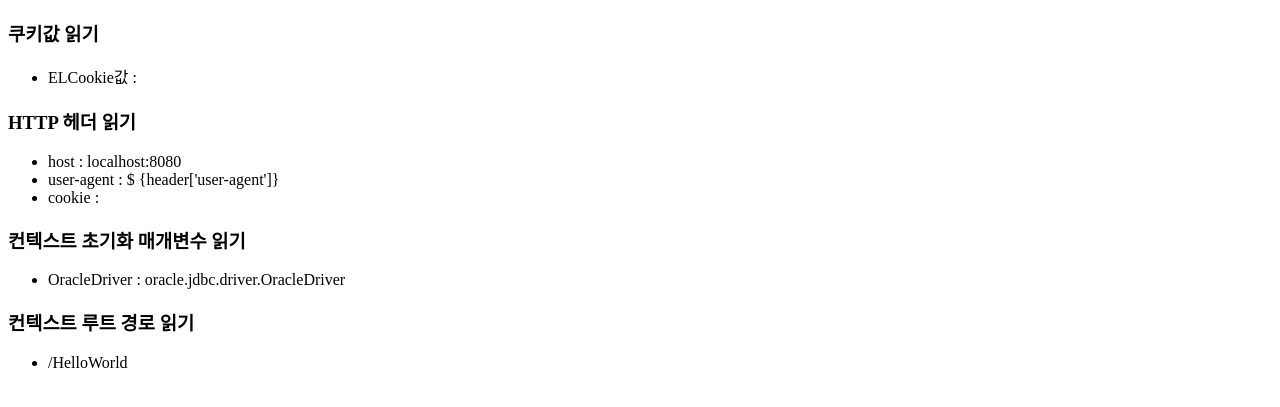
Repository: SteelIndustry/neo
Page: http://localhost/HelloWorld/10EL/OtherImplicitObj.jsp
An editor plug-in stored every save of this project. The page is shown before and after the next save, followed by the edit.
The browser window is 1280 px wide. The pictures show the whole page.
The page is served by Tomcat 9. Other server files are loaded and not shown.

Above is the page before, as saved 2022-09-08 04:36:39.

### WebJSP/HelloWorld/WebContent/10EL/OtherImplicitObj.jsp
<%@page import="utils.CookieManager"%>
<%@ page language="java" contentType="text/html; charset=UTF-8"
    pageEncoding="UTF-8"
    trimDirectiveWhitespaces="true"%>
<%
CookieManager.makeCookie(response, "ELCookie", "EL좋아요", 10);
%>
<!DOCTYPE html>
<html>
<head>
<meta charset="UTF-8">
<title>표현 언어(EL) - 그 외 내장 객체</title>
</head>
<body>
	<h3>쿠키값 읽기</h3>
	<ul>
		<li>ELCookie값 : ${cookie.ELCookie.value }</li>
	</ul>

	<h3>HTTP 헤더 읽기</h3>
	<ul>
		<li>host : ${ header.host }</li>
		<li>user-agent : $ {header['user-agent']}</li>
		<li>cookie : ${header.cookie }</li>
	</ul>

	<h3>컨텍스트 초기화 매개변수 읽기</h3>
	<ul>
		<li>OracleDriver : ${ initParam.OracleDriver }</li>
	</ul>

	<h3>컨텍스트 루트 경로 읽기</h3>
	<ul>
		<li>${pageContext.request.contextPath }</li>
	</ul>

</body>
</html>

### WebJSP/HelloWorld/src/utils/CookieManager.java
package utils;

import javax.servlet.http.Cookie;
import javax.servlet.http.HttpServletRequest;
import javax.servlet.http.HttpServletResponse;

public class CookieManager {

	public static void makeCookie(HttpServletResponse response, String cName, String cValue, int cTime)
	{
		Cookie cookie = new Cookie(cName, cValue);
		cookie.setPath("/"); // 웹 어플리케이션의 모든 URL 범위에서 전송
		cookie.setMaxAge(cTime);
		response.addCookie(cookie);
	}

	public static String readCookie(HttpServletRequest request, String cName)
	{
		String cookieValue = "";

		Cookie[] cookies = request.getCookies();

		if (cookies != null)
		{
			for (Cookie c : cookies)
			{
				String cookieName = c.getName();
				if (cookieName.equals(cName))
				{
					cookieValue = c.getValue();
				}
			}
		}
		return cookieValue;
	}

	public static void deleteCookie(HttpServletResponse response, String cName)
	{
		makeCookie(response, cName, "", 0);
	}
}

After the next save:
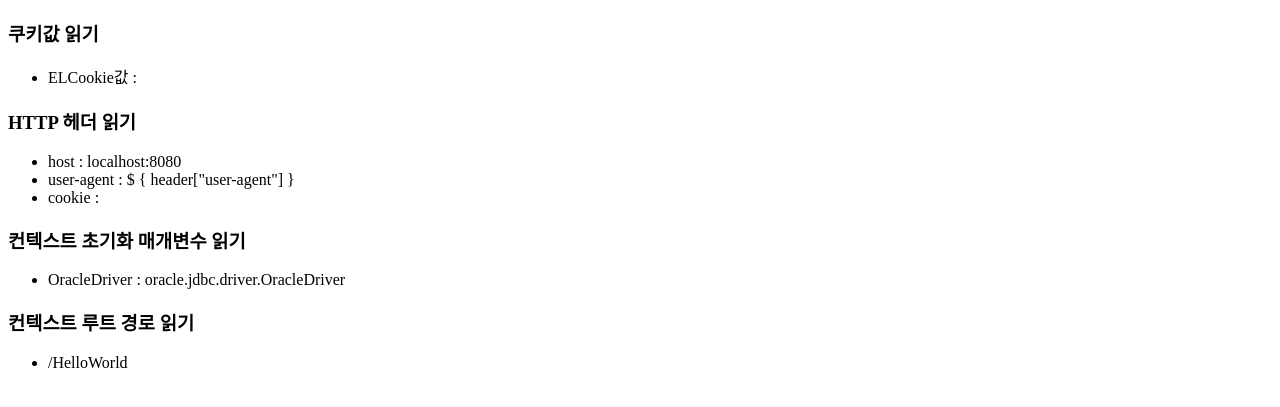
Saved 47 s later.
--- a/WebJSP/HelloWorld/WebContent/10EL/OtherImplicitObj.jsp
+++ b/WebJSP/HelloWorld/WebContent/10EL/OtherImplicitObj.jsp
@@ -20,7 +20,7 @@ CookieManager.makeCookie(response, "ELCookie", "EL좋아요", 10);
 	<h3>HTTP 헤더 읽기</h3>
 	<ul>
 		<li>host : ${ header.host }</li>
-		<li>user-agent : $ {header['user-agent']}</li>
+		<li>user-agent : $ { header["user-agent"] }</li>
 		<li>cookie : ${header.cookie }</li>
 	</ul>
 
